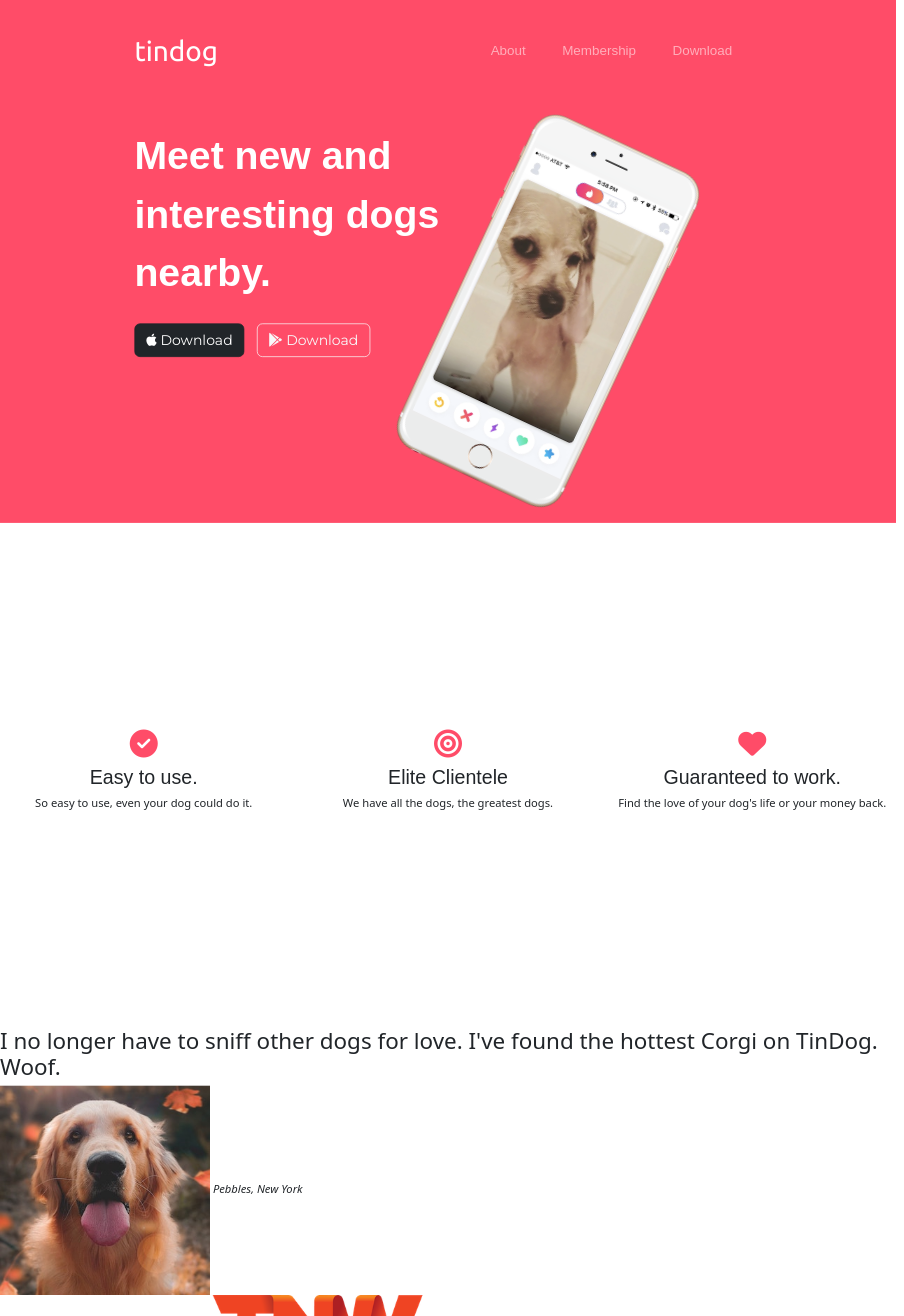
Repository: Mubarak150/tindog-bootstrap-project-brahma
Page: index.html
These files come from the project's save history. The page is drawn as it stood at one moment and after the next save; the edit follows.
The browser window is 1280 px wide. The page is 1292 px wide, so the pictures cover 1292 px, including what lies to the right of the window. The pictures show the part of the page from y = 0 to 1880 px (the page is 2929 px tall), at 70% of full size.
Some web libraries are served in a nearby version.

Above is the page before, as saved 2023-08-22 20:40:00.

After the next save:
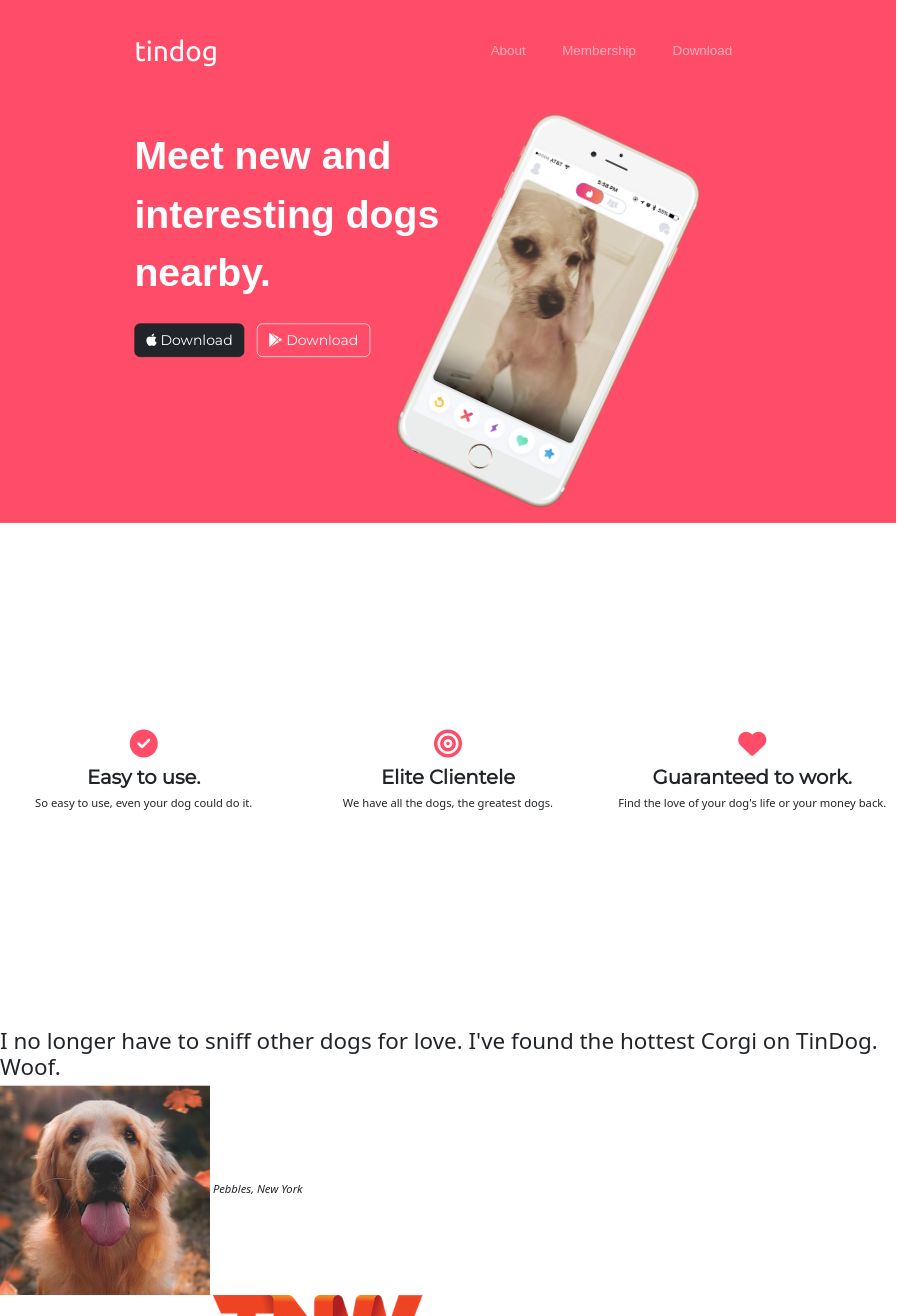
Saved 32 s later.
--- a/css/styles.css
+++ b/css/styles.css
@@ -54,5 +54,6 @@
 }
 
 .feature-h1 {
-  font-family: 'Montserrat-bold', sans-serif;
+  font-family: 'Montserrat', sans-serif;
+  font-weight: bold;
 }
